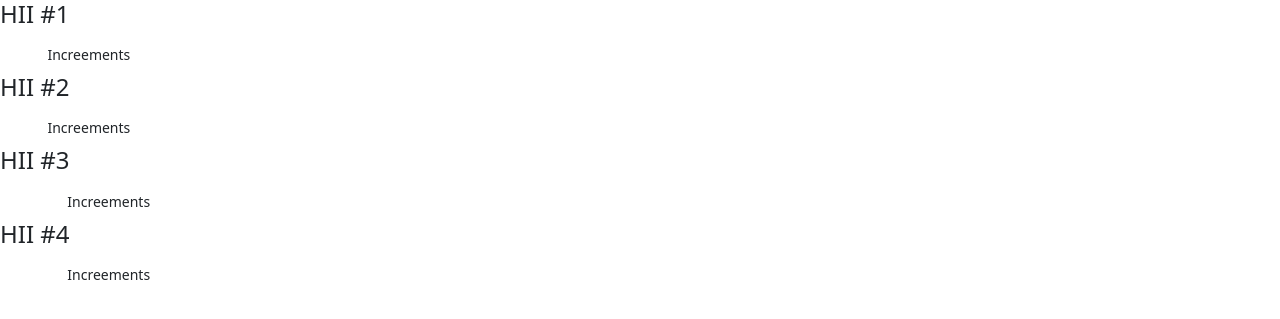
Repository: atulbihari94/counter-app
Page: / (app in counter-app/)
These files come from the project's save history. The page is drawn as it stood at one moment and after the next save; the edit follows.
The browser window is 1280 px wide. The pictures show the whole page.
The project was rebuilt for these pictures with package versions that can differ from the ones it lists, and the page was loaded fresh each time.

Above is the page before, as saved 2019-09-26 23:33:00.

### counter-app/src/index.js
import React from 'react';
import ReactDOM from 'react-dom';
import './index.css';
// import App from './App';
import * as serviceWorker from './serviceWorker';
import 'bootstrap/dist/css/bootstrap.css' ;
import Counters from './components/counters'

ReactDOM.render(<Counters />, document.getElementById('root'));
serviceWorker.unregister();

### counter-app/src/components/counters.jsx
import React, { Component } from "react";
import Counter from "./counter";

class Counters extends Component {
  state = {
    counters: [
      { id: 1, value: 4 },
      { id: 2, value: 1 },
      { id: 3, value: 0 },
      { id: 4, value: 0 }
    ]
  };
  render() {
    return (
      <div>
        {this.state.counters.map(counter => (
          <Counter key={counter.id} value={counter.value}>
          <h4>HII #{counter.id}</h4>
          </Counter>
        ))}
      </div>
    );
  }
}

export default Counters;

### counter-app/src/components/counter.jsx
import React, { Component } from "react";
class Counter extends Component {

  state = {
    value: this.props.value,
  };
  handleIncreement = product => {
    this.setState({value:this.state.value + 1})
  }
  render() {
    console.log('props',this.props);
    return (
      <div>
        {this.props.children}
        <span className={this.getBadgeClasses()}>{this.formatCount()}</span>
        <button
          onClick={ () => this.handleIncreement()}
          className="btn btn-secondry btn-sm"
        >
          Increements
        </button>
      </div>
    );
  }
  getBadgeClasses() {
    let classes = "badge m-2 badge-";
    classes += this.state.value === 0 ? "warning" : "primary";
    return classes;
  }

  formatCount() {
    const { value: count } = this.state;
    return count === 0 ? "Zero" : count;
  }
}

export default Counter;

Loaded but not shown: counter-app/public/index.html (common file); counter-app/src/index.css (common file); counter-app/src/serviceWorker.js (common file)

After the next save:
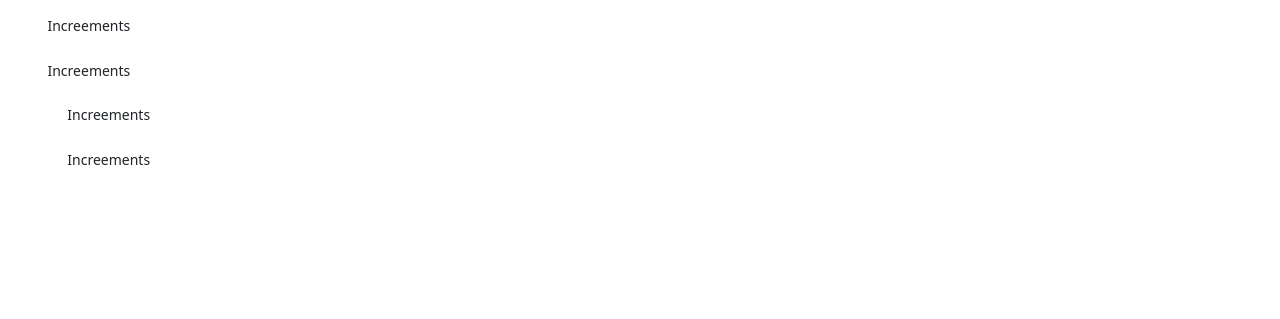
Saved 2 min 19 s later.
--- a/counter-app/src/components/counter.jsx
+++ b/counter-app/src/components/counter.jsx
@@ -11,7 +11,7 @@ class Counter extends Component {
     console.log('props',this.props);
     return (
       <div>
-        {this.props.children}
+        <h4>{this.props.id}</h4>
         <span className={this.getBadgeClasses()}>{this.formatCount()}</span>
         <button
           onClick={ () => this.handleIncreement()}
